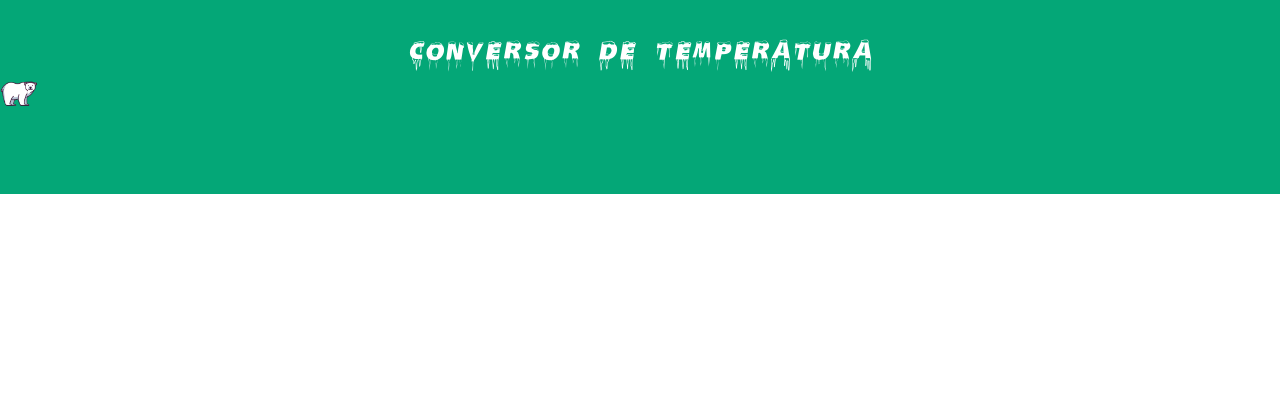
Repository: Leonngc/Conversor-de-temperatura
Page: projects.html
The author's editor kept a copy of each file at every save. The page is drawn from the files as they stood at one save, then again after the next save.
The browser window is 1280 px wide. The pictures show the whole page.
Some icons come from a web library that is not loaded, so they are not drawn.

Above is the page before, as saved 2023-02-12 01:17:05.

After the next save:
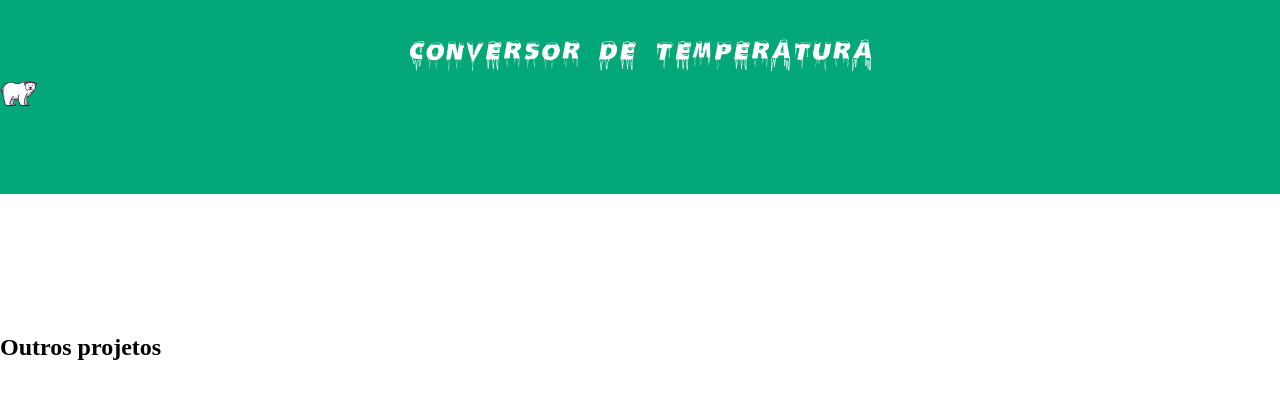
Saved 8 s later.
--- a/projects.html
+++ b/projects.html
@@ -24,6 +24,6 @@
         </menu>
     </header>
 
-    <h2></h2>
+    <h2>Outros projetos</h2>
 </body>
 </html>
